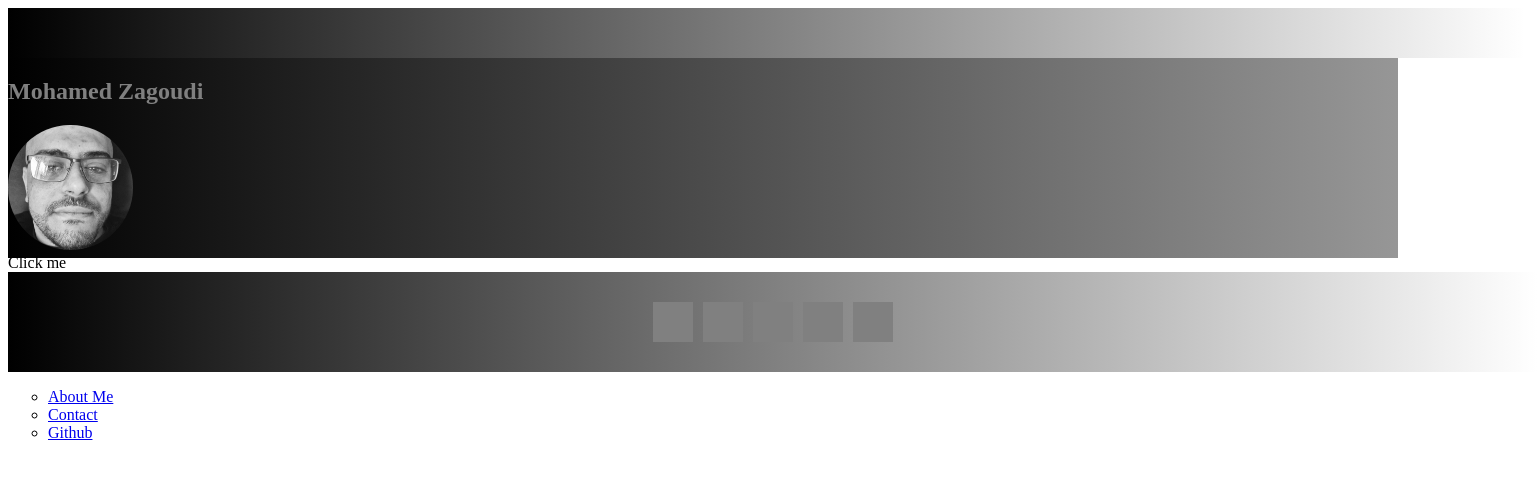
Repository: Mohzagou/Eersteportofolio
Page: index.html
These files come from the project's save history. The page is drawn as it stood at one moment and after the next save; the edit follows.
The browser window is 1280 px wide. The page is 1537 px wide, then 1525 px, so the pictures cover 1537 px, including what lies to the right of the window. The pictures show the whole page.

Above is the page before, as saved 2022-06-07 23:50:32.

After the next save:
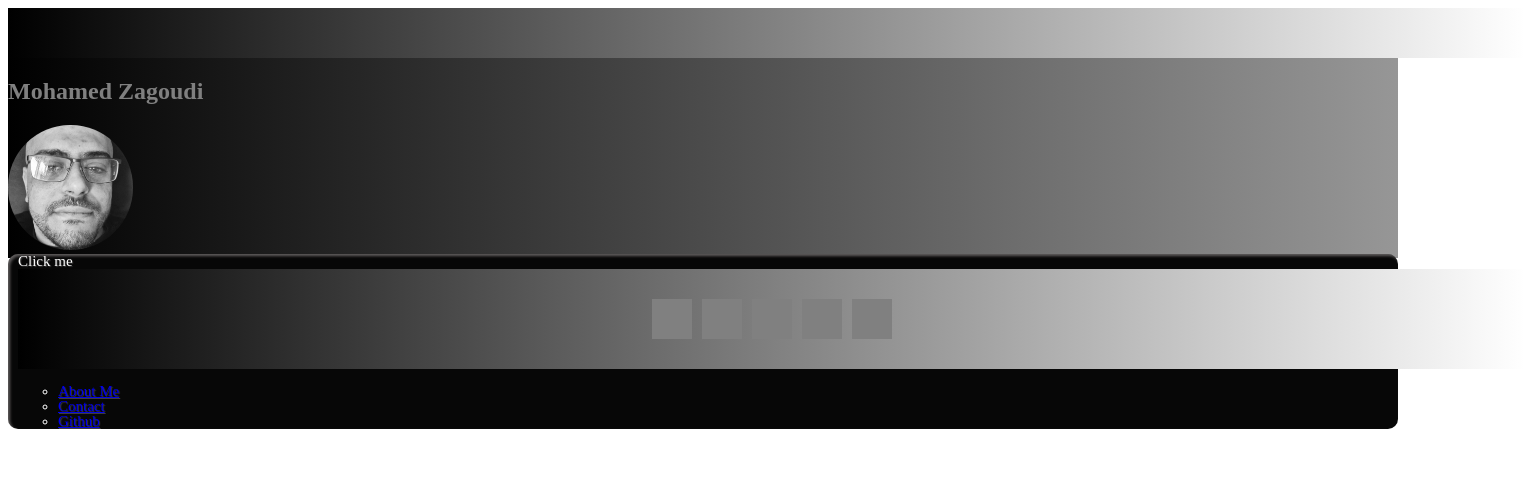
Saved 35 s later.
--- a/styles.css
+++ b/styles.css
@@ -47,7 +47,7 @@
                                 margin: 5px;
                             }
 
-                            button {
+                            .button {
                                 border: 0;
                                 padding: 0 10px;
                                 font-size: 15px;
@@ -60,10 +60,10 @@
                                 border-radius: 10px;
                             }
 
-                            button:hover {
+                            .button:hover {
                                 background-color: rgb(107, 104, 104);
                             }
 
-                            button:active {
+                            .button:active {
                                 box-shadow: inset -2px -2px 3px rgba(107, 104, 104, 0.8);
                             }
